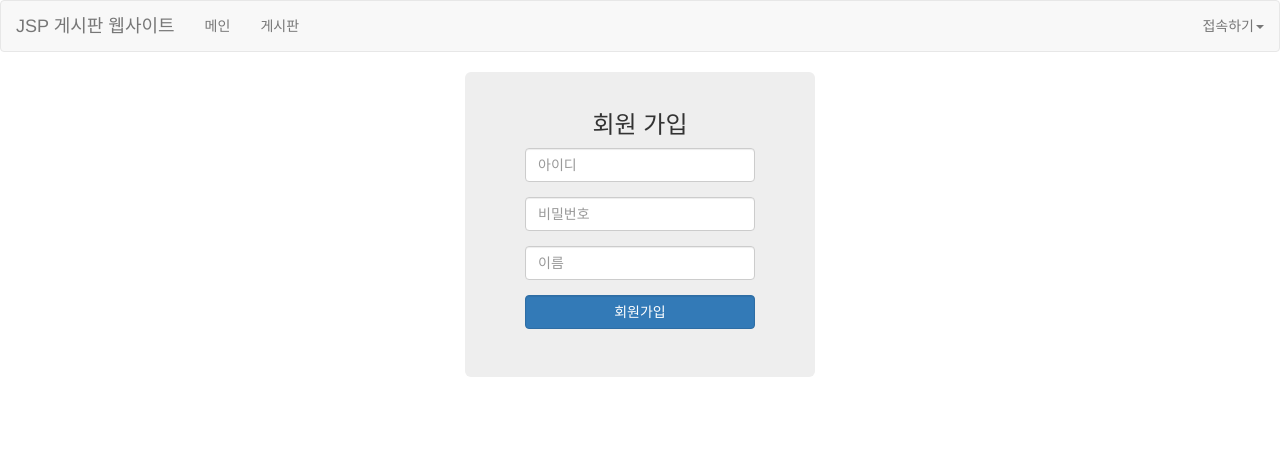
Repository: dofd6220/JSP-
Page: http://localhost/BBS/join.jsp
These files come from the project's save history. The page is drawn as it stood at one moment and after the next save; the edit follows.
The browser window is 1280 px wide. The pictures show the whole page.
Some web libraries are served in a nearby version. The page is served by Tomcat 9. Other server files are loaded and not shown.

Above is the page before, as saved 2023-11-18 13:25:07.

### BBS/src/main/webapp/join.jsp
<%@ page language="java" contentType="text/html; charset=UTF-8"
    pageEncoding="UTF-8"%>
<!DOCTYPE html>
<html>
<head>
<meta charset="UTF-8">
<meta name="viewport" content="width=device-width, initial-scale=1">
<link rel="stylesheet" href="css/bootstrap.css">
<title>JSP 게시판 웹 사이트</title>
</head>
<body>
	<nav class = "navbar navbar-default">
		<div class="navbar-header">
			<button type="button" class="navbar-toggle collapsed"
				data-toggle="collapse" data-target="#bs-example-navbar-collapse-1"
				aria-expanded="false">
				<span class="icon-bar"></span>
				<span class="icon-bar"></span>
				<span class="icon-bar"></span>
				</button>
				<a class="navbar-brand" href="main.jsp">JSP 게시판 웹사이트</a>
		</div>
		<div class="collapse navbar-collapse" id ="bs-example-navbar-collapse-1">
			<ul class="nav navbar-nav">
				<li><a href="main.jsp">메인</a></li>
				<li><a href="bbs.jsp">게시판</a></li>
			</ul>

			<ul class="nav navbar-nav navbar-right">
				<li class="dropdown">
					<a href="#" class="dropdown-toggle"
						data-toggle="dropdown" role="button" aria-haspopup="true"
						aria-expanded="false">접속하기<span class="caret"></span>
					</a>
					<ul class="dropdown-menu">
						<li><a href="login.jsp ">로그인</a></li>
						<li class="active"><a href="join.jsp">회원가입</a></li>
					</ul>
				</li>
			</ul>
		</div>
	</nav>
	<div class="container">
		<div class="col-lg-4"></div>
		<div class="col-lg-4">
			<div class="jumbotron" style="padding-top: 20px;">
				<form method="post" action="loginAction.jsp">
					<h3 style="text-align: center;">회원 가입</h3>
						<div class="form-group">
							<input type="text" class="form-control" placeholder="아이디" name="userID" maxlength="20">
						</div>
						<div class="form-group">
							<input type="password" class="form-control" placeholder="비밀번호" name="userPassword" maxlength="20">
						</div>
						<div class="form-group">
							<input type="text" class="form-control" placeholder="이름" name="userName" maxlength="20">
						</div>

						<input type="submit" class="btn btn-primary form-control" value="회원가입">
				</form>
			</div>
		</div>
	</div>
	<script src="https://code.jquery.com/jquery-3.1.1.min.js"></script>
	<script src="js/bootstrap.js"></script>
</body>
</html>

Loaded but not shown: BBS/src/main/webapp/css/bootstrap.css (library); BBS/src/main/webapp/js/bootstrap.js (library)

After the next save:
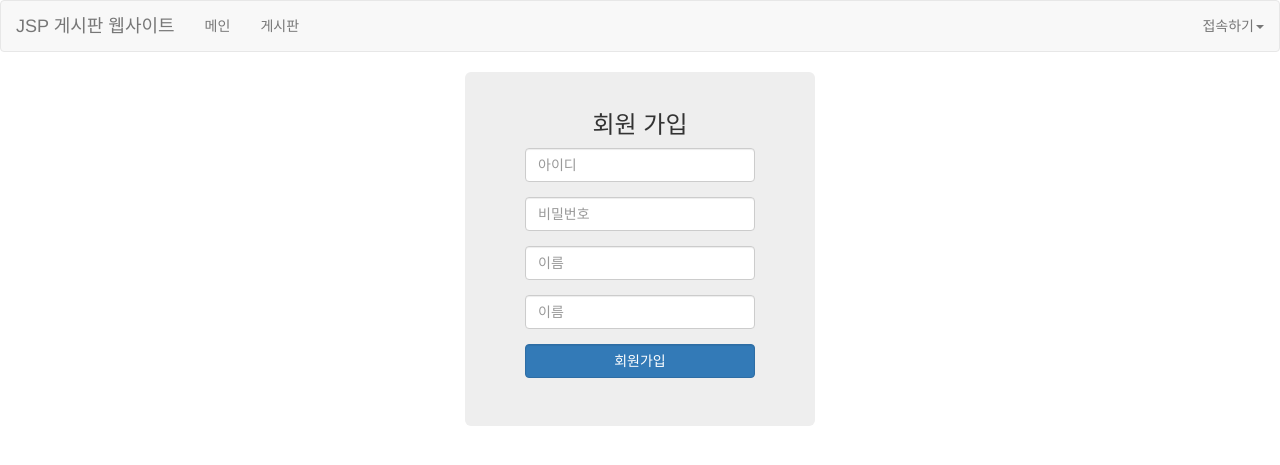
Saved 8 s later.
--- a/BBS/src/main/webapp/join.jsp
+++ b/BBS/src/main/webapp/join.jsp
@@ -55,7 +55,9 @@
 						<div class="form-group">
 							<input type="text" class="form-control" placeholder="이름" name="userName" maxlength="20">
 						</div>
-
+						<div class="form-group">
+							<input type="text" class="form-control" placeholder="이름" name="userName" maxlength="20">
+						</div>
 						<input type="submit" class="btn btn-primary form-control" value="회원가입">
 				</form>
 			</div>
